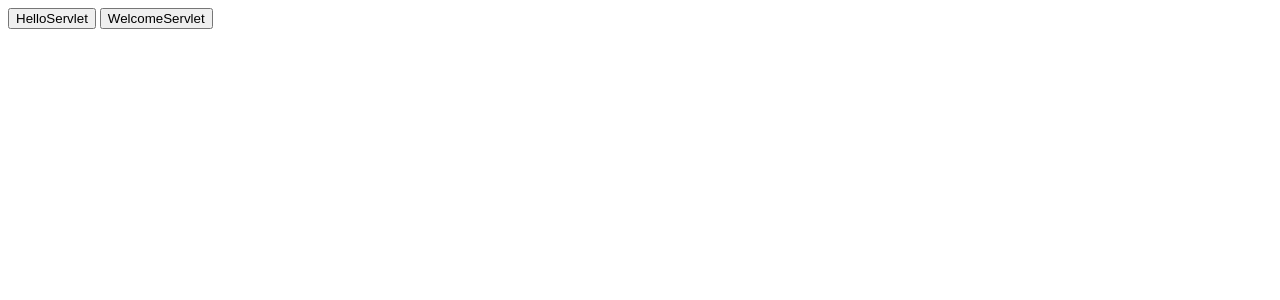
Repository: cha-git/test
Page: http://localhost/HelloServlet/index.jsp
The author's editor kept a copy of each file at every save. The page is drawn from the files as they stood at one save, then again after the next save.
The browser window is 1280 px wide. The pictures show the whole page.
The page is served by Tomcat 9. Other server files are loaded and not shown.

Above is the page before, as saved 2018-12-05 10:35:09.

### HelloServlet/WebContent/index.jsp
<%@ page language="java" contentType="text/html; charset=UTF-8"
    pageEncoding="UTF-8"%>
<!DOCTYPE html PUBLIC "-//W3C//DTD HTML 4.01 Transitional//EN" "http://www.w3.org/TR/html4/loose.dtd">
<html>
<head>
<meta http-equiv="Content-Type" content="text/html; charset=UTF-8">
<title>HelloServlet</title>
</head>
<body>
	<input type="button" value="HelloServlet" onClick="location.href='HelloServlet'">
	<input type="button" value="WelcomeServlet" onClick="location.href='welcome.jsp'">
</body>
</html>

After the next save:
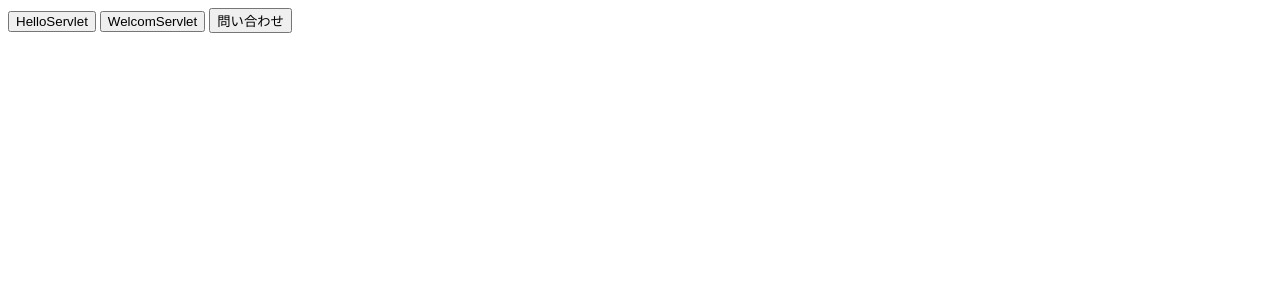
Saved 5 min 54 s later.
--- a/HelloServlet/WebContent/index.jsp
+++ b/HelloServlet/WebContent/index.jsp
@@ -8,6 +8,7 @@
 </head>
 <body>
 	<input type="button" value="HelloServlet" onClick="location.href='HelloServlet'">
-	<input type="button" value="WelcomeServlet" onClick="location.href='welcome.jsp'">
+	<input type="button" value="WelcomServlet" onClick="location.href='welcome.jsp'">
+	<input type="button" value="問い合わせ" onClick=""
 </body>
 </html>
